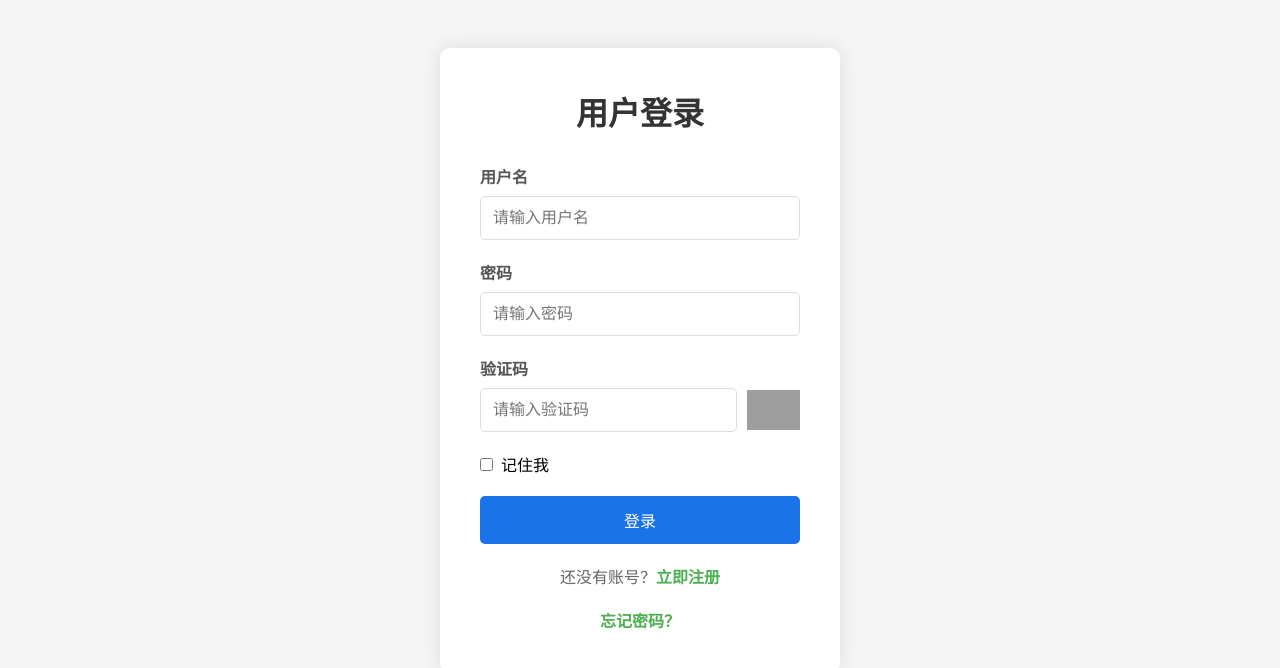
Repository: Jiege005/mytest-software-project
Page: mytest/WebContent/login.html
An editor plug-in stored every save of this project. The page is shown before and after the next save, followed by the edit.
The browser window is 1280 px wide. The pictures show the whole page.
Pictures or frames that could not be fetched are drawn as grey boxes.

Above is the page before, as saved 2025-06-18 13:49:49.

After the next save:
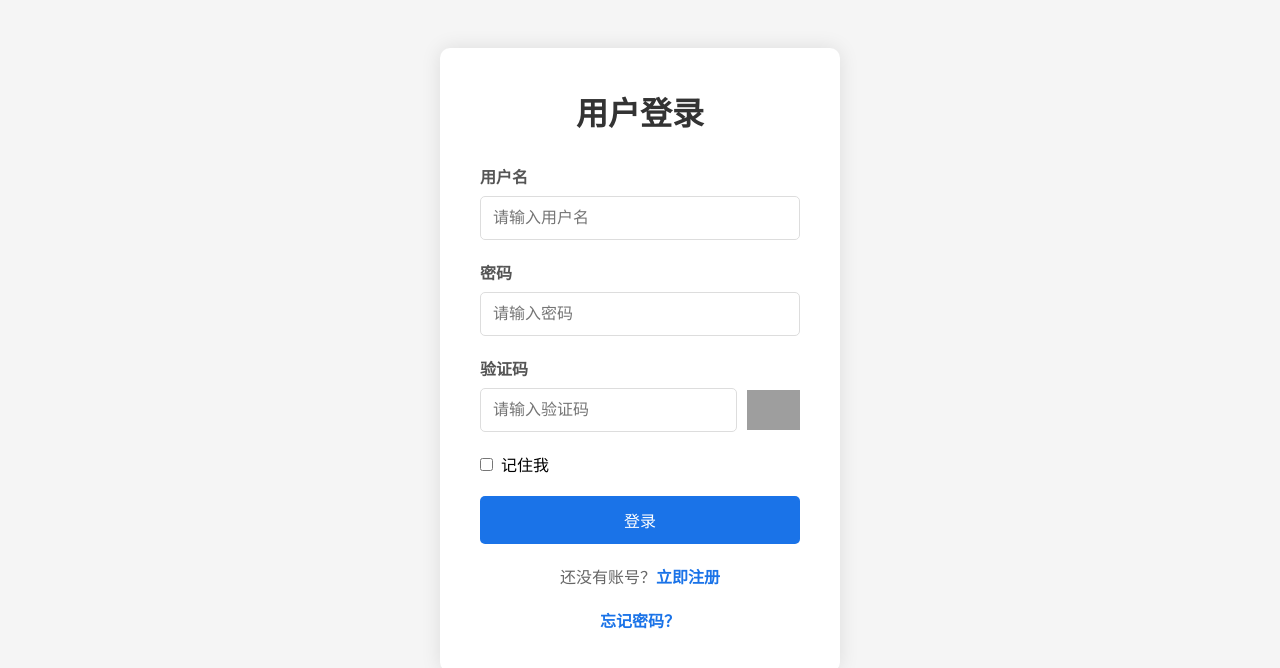
Saved 71 s later.
--- a/mytest/WebContent/login.html
+++ b/mytest/WebContent/login.html
@@ -87,7 +87,7 @@
         }
 
         .switch-form a {
-            color: #4CAF50;
+            color: #1a73e8;
             text-decoration: none;
             font-weight: bold;
         }
